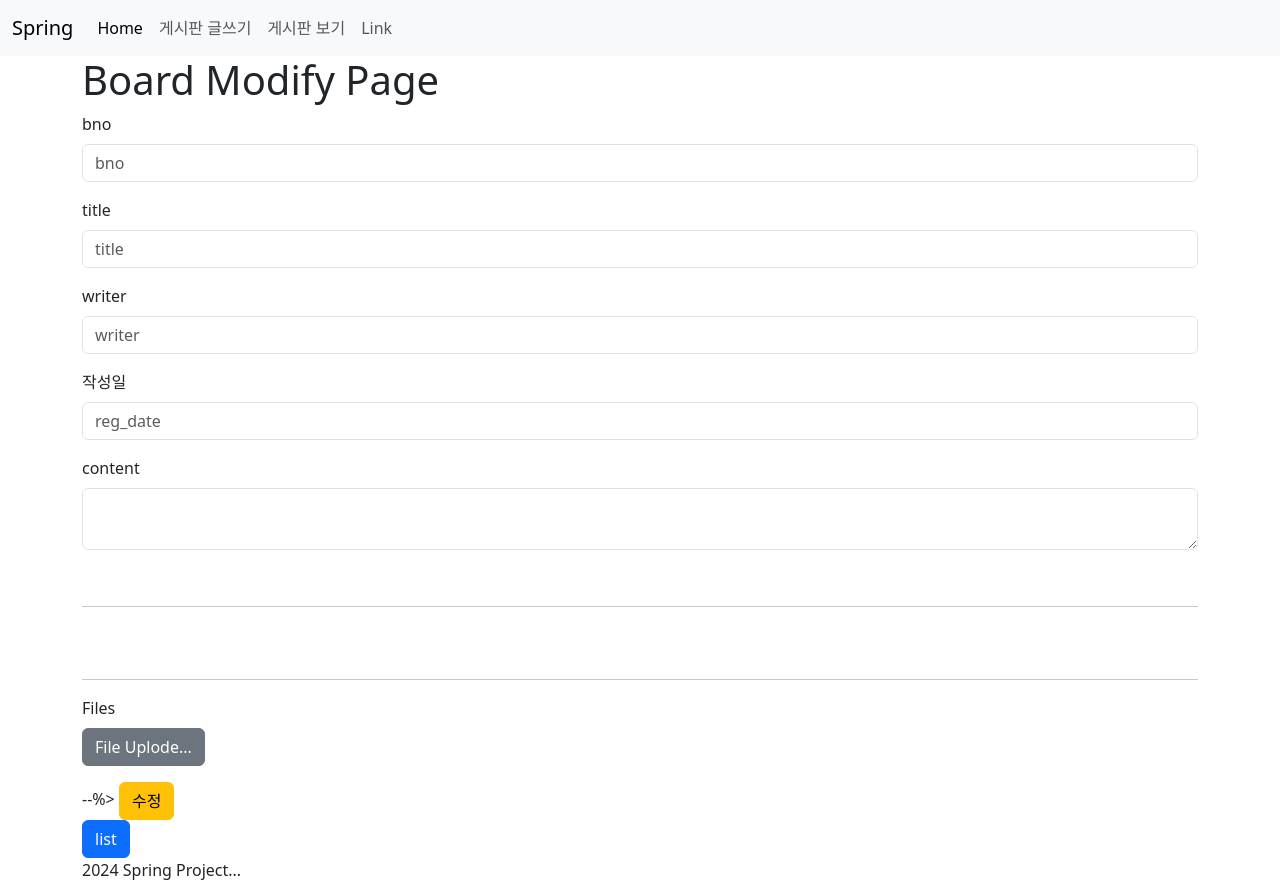
Repository: oco0217/SpringTest2
Page: http://localhost/spring_test2/WEB-INF/views/board/modify.jsp
The author's editor kept a copy of each file at every save. The page is drawn from the files as they stood at one save, then again after the next save.
The browser window is 1280 px wide. The pictures show the whole page.
The page is served by Tomcat 9. Nobody is signed in. Other server files are loaded and not shown. The template is opened directly, without the code that normally fills it, so the values that code supplies are empty.

Above is the page before, as saved 2024-05-07 01:43:58.

### spring_test2/src/main/webapp/WEB-INF/views/board/modify.jsp
<%@ page language="java" contentType="text/html; charset=UTF-8"
    pageEncoding="UTF-8"%>
    <%@ taglib uri="http://java.sun.com/jsp/jstl/core" prefix="c"%>
<jsp:include page="../layout/header.jsp" />


<div  class="container-md">
<h1>Board Modify Page</h1>

 <c:set value="${bdto.bvo }" var="bvo"></c:set>

<form action="/board/modify" method="post">
<div class="mb-3">
  <label for="n" class="form-label">bno</label>
  <input type="text" class="form-control" id="n" placeholder="bno" name="bno" value="${bvo.bno }" readonly="readonly">
</div>
<div class="mb-3">
  <label for="t" class="form-label">title</label>
  <input type="text" class="form-control" id="t" placeholder="title" name="title" value="${bvo.title }">
</div>
<div class="mb-3">
  <label for="w" class="form-label">writer</label>
  <input type="text" class="form-control" id="w" placeholder="writer" name="writer" value="${bvo.writer }" readonly="readonly">
</div>
<div class="mb-3">
  <label for="r" class="form-label">작성일</label>
  <input type="text" class="form-control" id="r" placeholder="reg_date" name="reg_daet" value="${bvo.regDate }" readonly="readonly">
</div>
<div class="mb-3">
  <label for="c" class="form-label">content</label>
  <textarea class="form-control" id="c" name="content" aria-label="With textarea">${bvo.content }</textarea>
</div>

<br>
<hr>


<!-- FIle upload 표시라인 -->
 <c:set value="${bdto.flist }" var="flist" />

	<div class="mb-3">

		<ul class="list-group list-group-flush">

			<!-- 파일 개수만큼 li를 반복하여 파일 표시 타입이 1인경우만 표시 -->
			<!-- li => div => img -->
			<!-- => div => 파일이름, 작성일, span size -->

			<c:forEach items="${flist }" var="fvo">
				<li class="list-group-item"><c:choose>
						<c:when test="${fvo.file_type > 0 }">
							<div>
								<img alt=""
									src="/upload/${fvo.save_dir }/${fvo.uuid}_${fvo.file_name}">
							</div>
						</c:when>
						<c:otherwise>
							<div>
								<!-- 파일 타입이 0인 경우 아이콘 모양 하나 가져와서 넣기 -->
							</div>
						</c:otherwise>
					</c:choose>
					<div>
						<div>${fvo.file_name }</div>
						${fvo.reg_date } <span class="badge text-bg-warning">${fvo.file_size }Byte</span>
						<button type="button" class="btn btn-outline-danger file-x" data-uuid="${fvo.uuid }"  data-bno="${fvo.bno }">X</button>

					</div></li>
			</c:forEach>
		</ul>

	</div>

<br>
<hr>
		<!-- 파일 추가 -->

		<!-- 파일 입력라인 추가 -->

		<div class="mb-3">
			<label for="file" class="form-label">Files</label> <input type="file"
				class="form-control" id="file" name="files" multiple="multiple"
				style="display: none"> <br>
			<button type="button" class="btn btn-secondary" id="trigger">File
				Uplode...</button>
		</div>

		<!-- 파일 목록 효시라인 -->
		<div class="mb-3" id="fileZone">

		</div>
		 --%>


		<a><button type="submit" class="btn btn-warning" id="regBtn">수정</button></a>
</form>
<a href="/board/list"><button type="button" class="btn btn-primary">list</button></a>

</div>
<jsp:include page="../layout/footer.jsp" />

<!-- <script type="text/javascript" src="/resources/js/boardModify.js"></script>
<script type="text/javascript" src="/resources/js/boardRegister.js"></script> -->

### spring_test2/src/main/webapp/WEB-INF/views/layout/header.jsp
<%@ page language="java" contentType="text/html; charset=UTF-8"
    pageEncoding="UTF-8"%>
    <%@ taglib uri="http://java.sun.com/jsp/jstl/core" prefix="c" %>
<!DOCTYPE html>
<html>
<head>
<meta charset="UTF-8">
<title>header.jsp</title>
<link href="/re/css/bootstrap.min.css" rel="stylesheet" integrity="sha384-QWTKZyjpPEjISv5WaRU9OFeRpok6YctnYmDr5pNlyT2bRjXh0JMhjY6hW+ALEwIH" crossorigin="anonymous">
<script src="/re/js/bootstrap.bundle.min.js" integrity="sha384-YvpcrYf0tY3lHB60NNkmXc5s9fDVZLESaAA55NDzOxhy9GkcIdslK1eN7N6jIeHz" crossorigin="anonymous"></script>
</head>
<body>
<nav class="navbar navbar-expand-lg bg-body-tertiary">
  <div class="container-fluid">
    <a class="navbar-brand" href="#">Spring</a>
    <button class="navbar-toggler" type="button" data-bs-toggle="collapse" data-bs-target="#navbarSupportedContent" aria-controls="navbarSupportedContent" aria-expanded="false" aria-label="Toggle navigation">
      <span class="navbar-toggler-icon"></span>
    </button>
    <div class="collapse navbar-collapse" id="navbarSupportedContent">
      <ul class="navbar-nav me-auto mb-2 mb-lg-0">
        <li class="nav-item">
          <a class="nav-link active" aria-current="page" href="/">Home</a>
        </li>
        <li class="nav-item">
          <a class="nav-link" href="/board/register">게시판 글쓰기</a>
        </li>
        <li class="nav-item">
          <a class="nav-link" href="/board/list">게시판 보기</a>
        </li>
<%--         <c:if test="${ses eq null }">
        <li class="nav-item">
          <a class="nav-link" href="/member/register">회원가입</a>
        </li>
        <li class="nav-item">
          <a class="nav-link" href="/member/login">로그인</a>
        </li>
        </c:if>
        <c:if test="${ses ne null }">
        <li class="nav-item">
          <a class="nav-link" href="/member/logout">로그아웃</a>
        </li>
        <li class="nav-item">
          <a class="nav-link" href="/member/modify">${ses.id }(${ses.email }) Welcome!!</a>
        </li>
        </c:if> --%>
        <li class="nav-item">
          <a class="nav-link" href="http://www.google.com" target="_blank" >Link</a>
        </li>
      </ul>
    </div>
  </div>
</nav>

### spring_test2/src/main/webapp/WEB-INF/views/layout/footer.jsp
<%@ page language="java" contentType="text/html; charset=UTF-8"
    pageEncoding="UTF-8"%>

<div class="container-md">
2024 Spring Project...
</div>

</body>
</html>

Loaded but not shown: spring_test2/src/main/webapp/resources/css/bootstrap.min.css (library); spring_test2/src/main/webapp/resources/js/bootstrap.bundle.min.js (library)

After the next save:
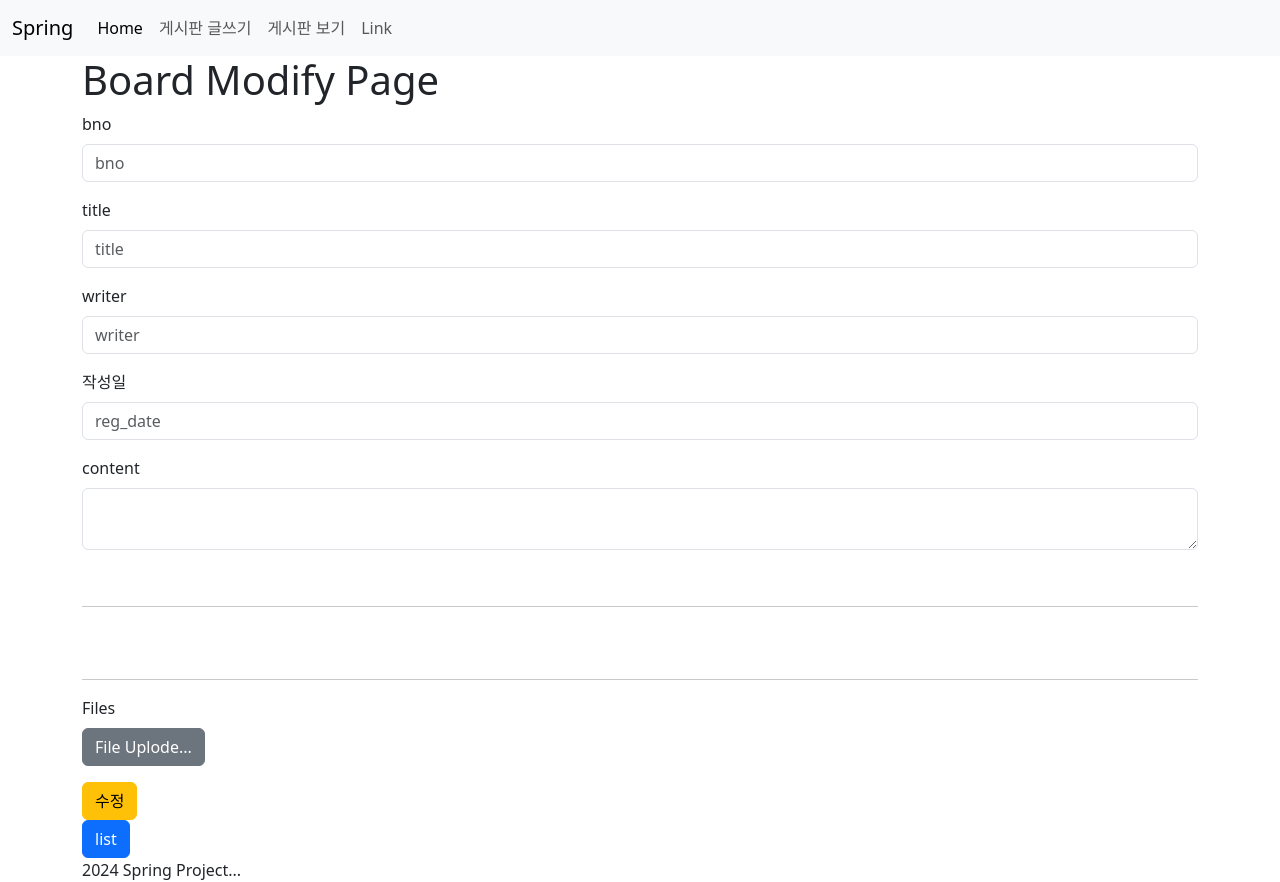
Saved 10 s later.
--- a/spring_test2/src/main/webapp/WEB-INF/views/board/modify.jsp
+++ b/spring_test2/src/main/webapp/WEB-INF/views/board/modify.jsp
@@ -89,7 +89,6 @@
 		<div class="mb-3" id="fileZone">
 
 		</div>
-		 --%>
 
 
 		<a><button type="submit" class="btn btn-warning" id="regBtn">수정</button></a>
